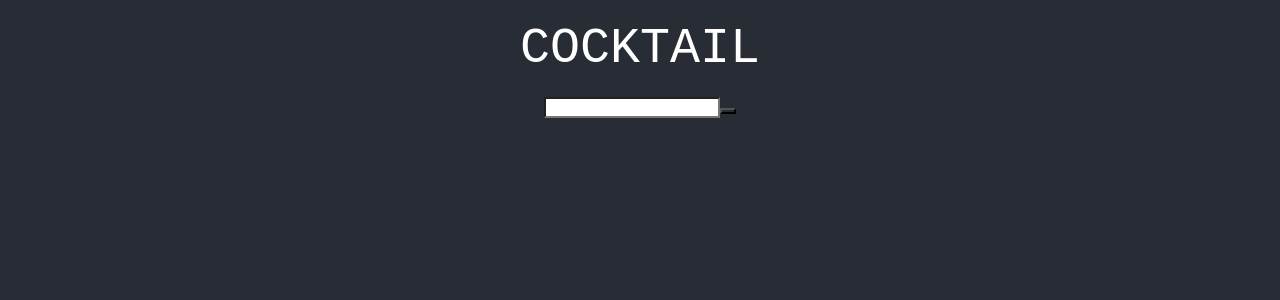
Repository: phunobi1807/coctails
Page: /
An editor plug-in stored every save of this project. The page is shown before and after the next save, followed by the edit.
The browser window is 1280 px wide. The pictures show the whole page.
The page's requests for data from a server got no answer. The project was rebuilt for these pictures with package versions that can differ from the ones it lists, and the page was loaded fresh each time. No one was signed in, and anything a server would have sent is missing.

Above is the page before, as saved 2021-09-25 13:36:09.

### src/App.js
import React from 'react';
import './App.scss';
import  ListCocktails from "./components/ListCocktails"

function App() {
  return (
    <div className="App">
        <header><span>C</span>OCKTAIL</header>

        <ListCocktails />
    </div>
  );
}

export default App;

### src/App.scss
* {
  background-color: #282c34;
  color: white;
  font-family: 'Courier New', Courier, monospace, sans-serif;
}
.App
{
  header
  {
    font-size: 50px;
    text-align: center;
    margin: 20px 0;
  }
}

### src/components/ListCocktails.js
import axios from "axios";
import React, { Component } from "react";
import "./ListCocktails.scss";
class componentName extends Component {
  state = {
    listCocktail: [],
    name: "",
    loading: false,
  };

  async componentDidMount() {
    let res = await axios.get(
      "https://www.thecocktaildb.com/api/json/v1/1/search.php?s="
    );
    console.log("check data:", res.data.drinks);
    this.setState({
      listCocktail: res.data && res.data.drinks ? res.data.drinks : [],
    });
  }

  render() {
    let { listCocktail, loading } = this.state;
    return (
      <>
        <div className="input">
          <form action="">
            <input type="text" />
            <button></button>
          </form>
        </div>
        <div className="container">
          {!loading ? (
            listCocktail.map((item, index) => {
              return (
                <>
                  <div className="product-cocktail" key={item.id}>
                    <img src={item.strDrinkThumb} alt="" />
                    <p>
                      <span>Name cocktail: {item.strDrink}</span>
                    </p>
                    <p>
                      <span>Use: {item.strInstructions}</span>{" "}
                    </p>
                  </div>
                </>
              );
            })
          ) : (
            <div>Loading...</div>
          )}
        </div>
      </>
    );
  }
}

export default componentName;

### src/components/ListCocktails.scss
.input
{
    text-align: center;
    margin-bottom: 30px;
    input
    {
        background-color: white;
    }
}
.container {
    display: flex;
    justify-content: space-between;
    flex-wrap: wrap;
    padding: 0 10px;

    .product-cocktail {
        max-width: 300px;
        white-space: nowrap;
    text-overflow: ellipsis;
    overflow: hidden;
        img {
            width: 300px;
            height: 200px;
            object-fit: cover;
            border-radius: 5px;
        }
        p {
            span {
                white-space: inherit;
                text-overflow: inherit;
                overflow: inherit;
                color: crimson;
            }
        }
    }
}

Loaded but not shown: public/index.html (common file); src/index.js (common file); src/index.css (common file); src/reportWebVitals.js (common file)

After the next save:
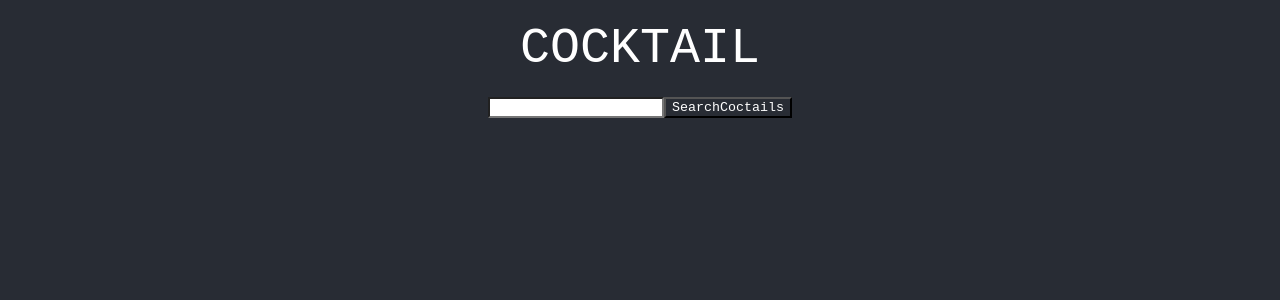
Saved 17 s later.
--- a/src/components/ListCocktails.js
+++ b/src/components/ListCocktails.js
@@ -25,7 +25,7 @@ class componentName extends Component {
         <div className="input">
           <form action="">
             <input type="text" />
-            <button></button>
+            <button type="button">SearchCoctails </button>
           </form>
         </div>
         <div className="container">
